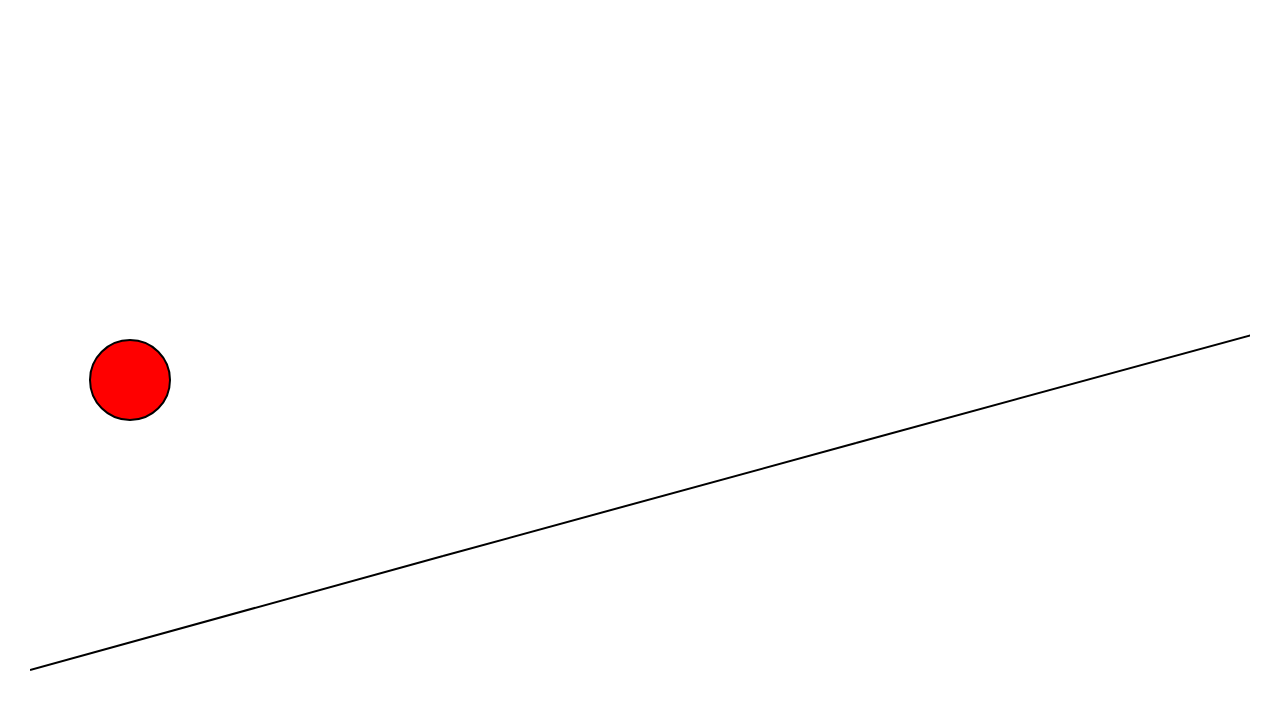
Repository: alinlinbo/yanling-resume-site
Page: svg.html
These files come from the project's save history. The page is drawn as it stood at one moment and after the next save; the edit follows.
The browser window is 1280 px wide. The pictures show the whole page.

Above is the page before, as saved 2023-09-21 21:29:46.

### svg.html
<!DOCTYPE html>
<html lang="en">

<head>
    <meta charset="UTF-8">
    <meta name="viewport" content="width=device-width, initial-scale=1.0">
    <title>svg</title>

</head>
<style>
    * {
        margin: 0;
        padding: 0;
        box-sizing: border-box;
    }

    .content {
        width: 100%;
        height: 100vh;
        display: flex;
        justify-content: center;
        align-items: end;
        padding: 30px;
    }

    svg {
        width: 100%;
        height: 50vh;
    }

    .line {
        stroke-dasharray: 1000;
        stroke-dashoffset: 1000;
        animation: draw 2s linear forwards;
    }

    @keyframes draw {
        to {
            stroke-dashoffset: 0;
        }
    }
</style>

<body>
    <div class="content">
        <svg>
            <!-- 三段直线 -->
            <path class="line" id="line" d="" stroke="black" stroke-width="2" fill=none" />
            <path id="line2" d="" stroke="black" stroke-width="2" fill="none" />
            <path id="line3" d="" stroke="black" stroke-width="2" fill="none" />
            <!-- 两个间隔小圆点 -->
            <circle cx="100" cy="50" r="40" stroke="black" stroke-width="2" fill="red" />
        </svg>
    </div>
    <script>
        const line = document.getElementById('line'),
            line2 = document.getElementById('line2'),
            line3 = document.getElementById('line3')

        //获取vw
        const vw = window.innerWidth - 40;
        const vh = window.innerHeight - 40;
        console.log(vw)
        let d1W = Math.floor(vw / 3),
            d2W = Math.floor(vw * 2 / 3)
        d3W = Math.floor(vw)
        let d1H = Math.floor(vh * 0.5 * 2 / 3)
        d2H = Math.floor(vh * 0.5 / 3)
        console.log(d1H, d2H)
        line.setAttribute('d', `M 0 ${vh * 0.5} L ${d1W} ${d1H}`)

        setTimeout(() => {
            line2.classList.add('line')
            line2.setAttribute('d', `M ${d1W} ${d1H} L ${d2W} ${d2H}`)
        }, 900)
        setTimeout(() => {
            line3.classList.add('line')
            line3.setAttribute('d', `M ${d2W} ${d2H} L ${d3W} 0`)
        }, 1800)
    </script>
</body>

</html>

After the next save:
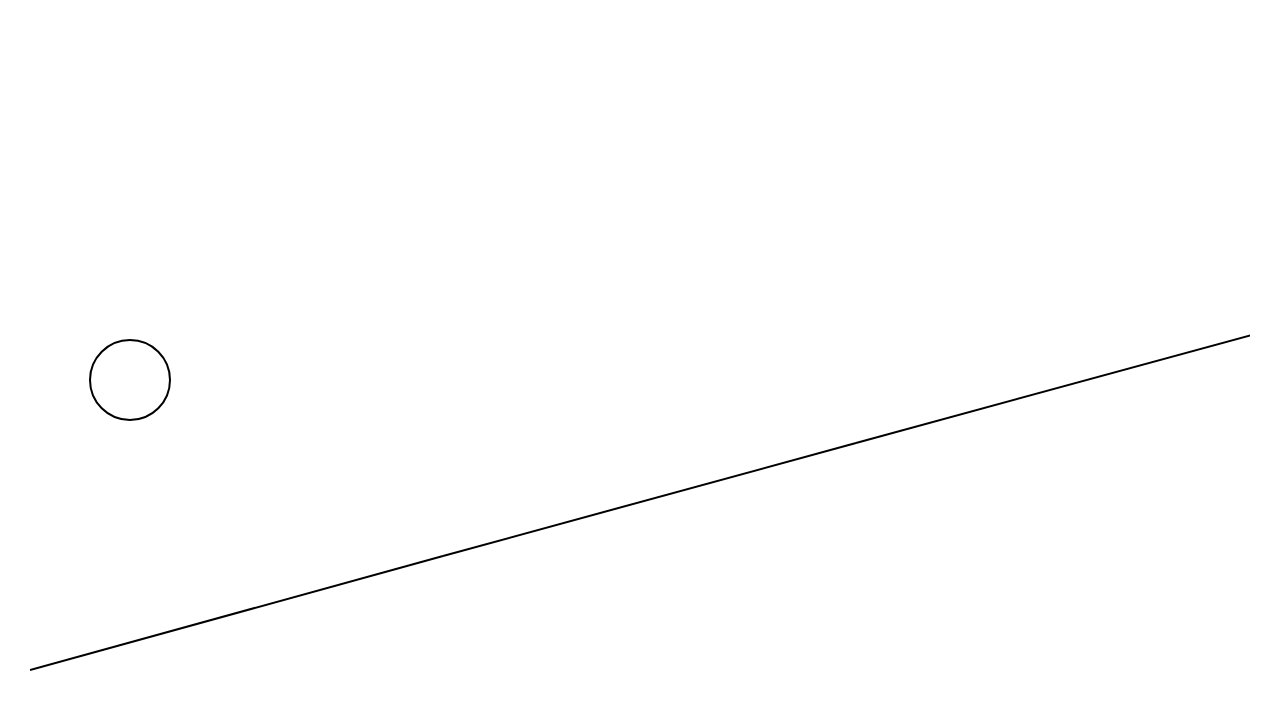
Saved 31 s later.
--- a/svg.html
+++ b/svg.html
@@ -49,7 +49,7 @@
             <path id="line2" d="" stroke="black" stroke-width="2" fill="none" />
             <path id="line3" d="" stroke="black" stroke-width="2" fill="none" />
             <!-- 两个间隔小圆点 -->
-            <circle cx="100" cy="50" r="40" stroke="black" stroke-width="2" fill="red" />
+            <circle cx="100" cy="50" r="40" stroke="black" stroke-width="2" fill="white" />
         </svg>
     </div>
     <script>
